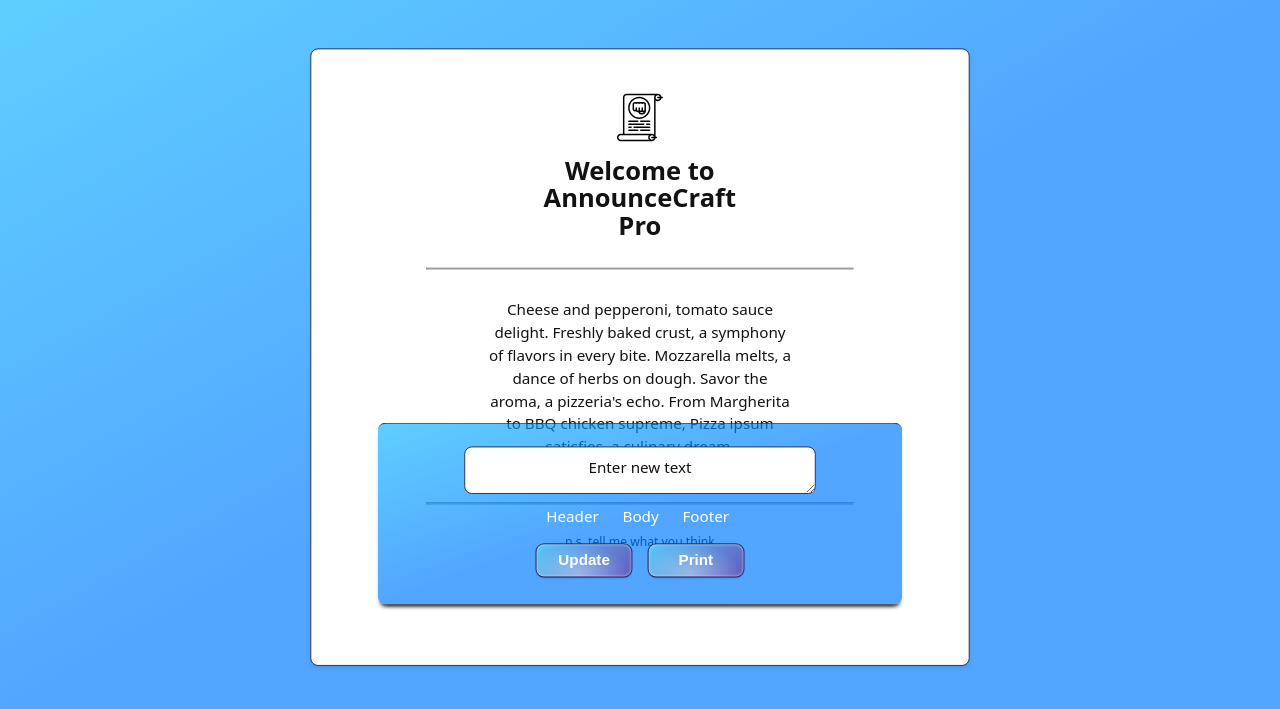
Repository: Freezler/AnnounceCraft
Page: index.html
The author's editor kept a copy of each file at every save. The page is drawn from the files as they stood at one save, then again after the next save.
The browser window is 1280 px wide. The pictures show the whole page.

Above is the page before, as saved 2024-01-22 21:14:51.

After the next save:
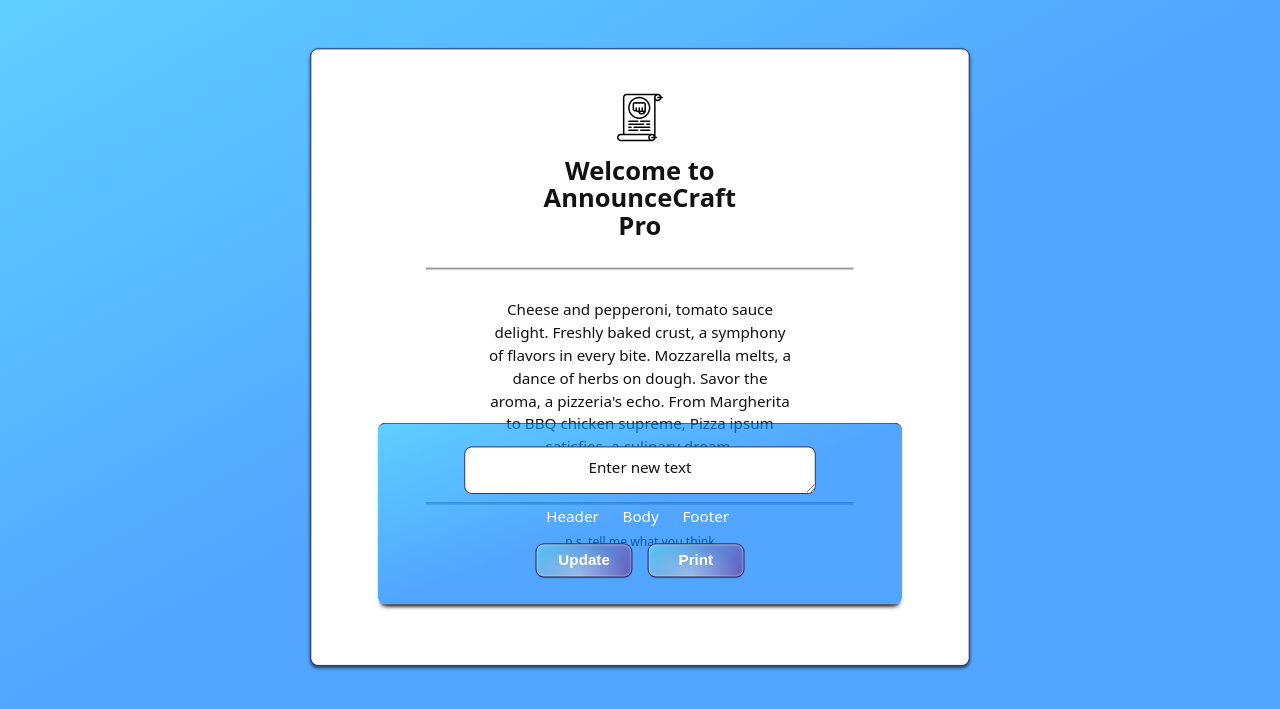
Saved 24 s later.
--- a/style.css
+++ b/style.css
@@ -31,7 +31,7 @@
 
     /* Other Variables */
     --border-radius: 4px;
-    --box-shadow: 0 2px 4px rgba(0, 0, 0, 0.1);
+    --box-shadow: 0 2px 4px rgba(0, 0, 0, 0.7);
     --radius: 8px;
 
     /* Typography */
